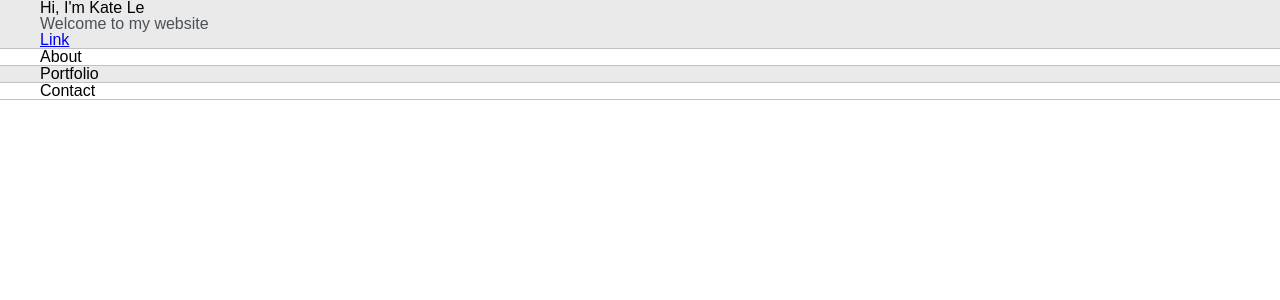
Repository: kate30980/my-persponal-website
Page: index.html
These files come from the project's save history. The page is drawn as it stood at one moment and after the next save; the edit follows.
The browser window is 1280 px wide. The pictures show the whole page.
Some web fonts or font styles are not loaded; a fallback is used.

Above is the page before, as saved 2021-08-26 16:52:53.

After the next save:
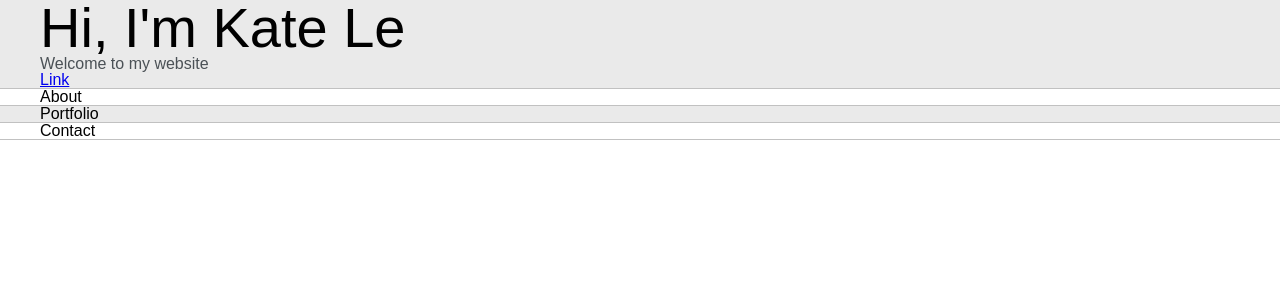
Saved 110 s later.
--- a/main.css
+++ b/main.css
@@ -37,6 +37,25 @@
   color: var(--secondaryText);
 }
 
+h1 {
+  font-size: 56px;
+}
+h2 {
+  font-size: 36px;
+}
+h3 {
+  font-size: 28px;
+}
+h4 {
+  font-size: 24px;
+}
+h5 {
+  font-size: 20px;
+}
+h6 {
+  font-size: 16px;
+}
+
 .s1 {
   background-color: var(--mainColor);
   border-bottom: 1px solid var(--borderColor);
